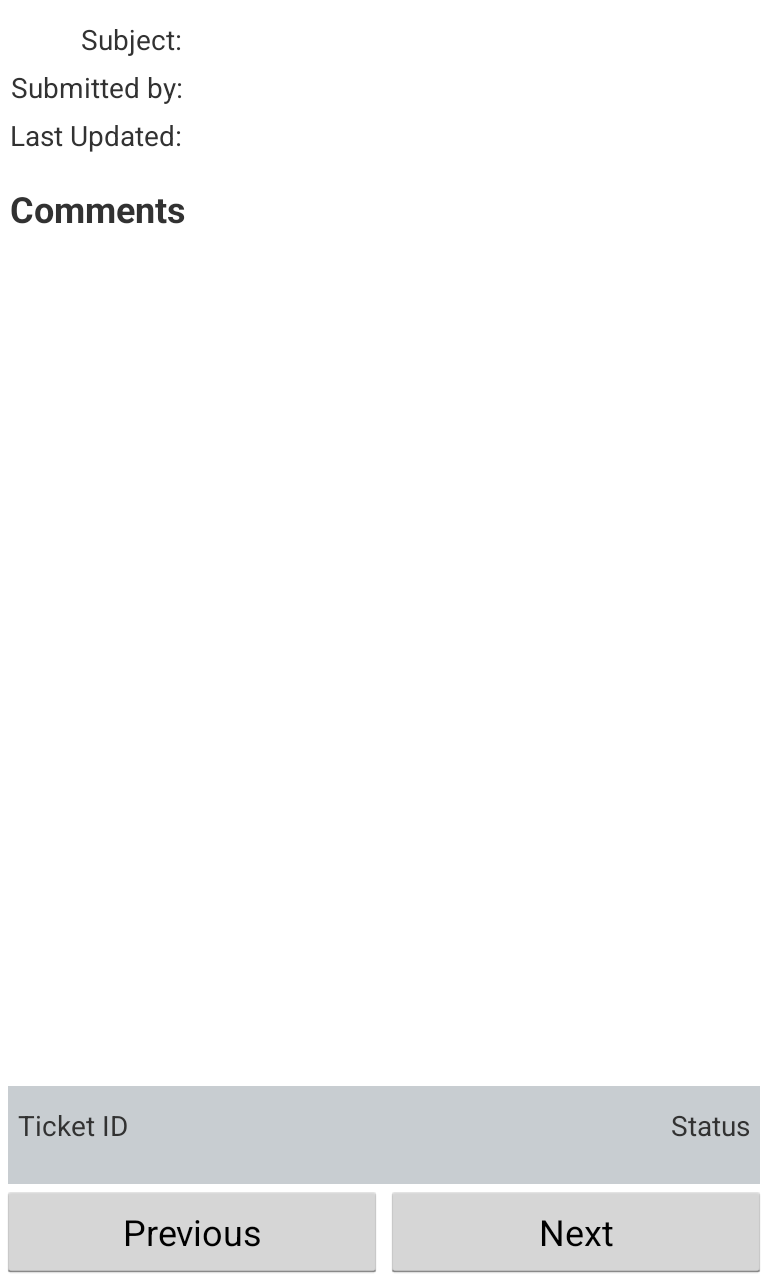
Repository: Pradeep-appstute/First
Layout: Control/res/layout/ticketdetails_view.xml
These files come from the project's save history. The layout is drawn as it stood at one moment and after the next save; the edit follows.
It is drawn on a 768 x 1280 px phone screen (xhdpi) without system bars, with theme AppTheme; the app's code is not run. Lists and similar views that code fills are empty.

Above is the layout before, as saved 2014-03-13 13:27:04.

After the next save:
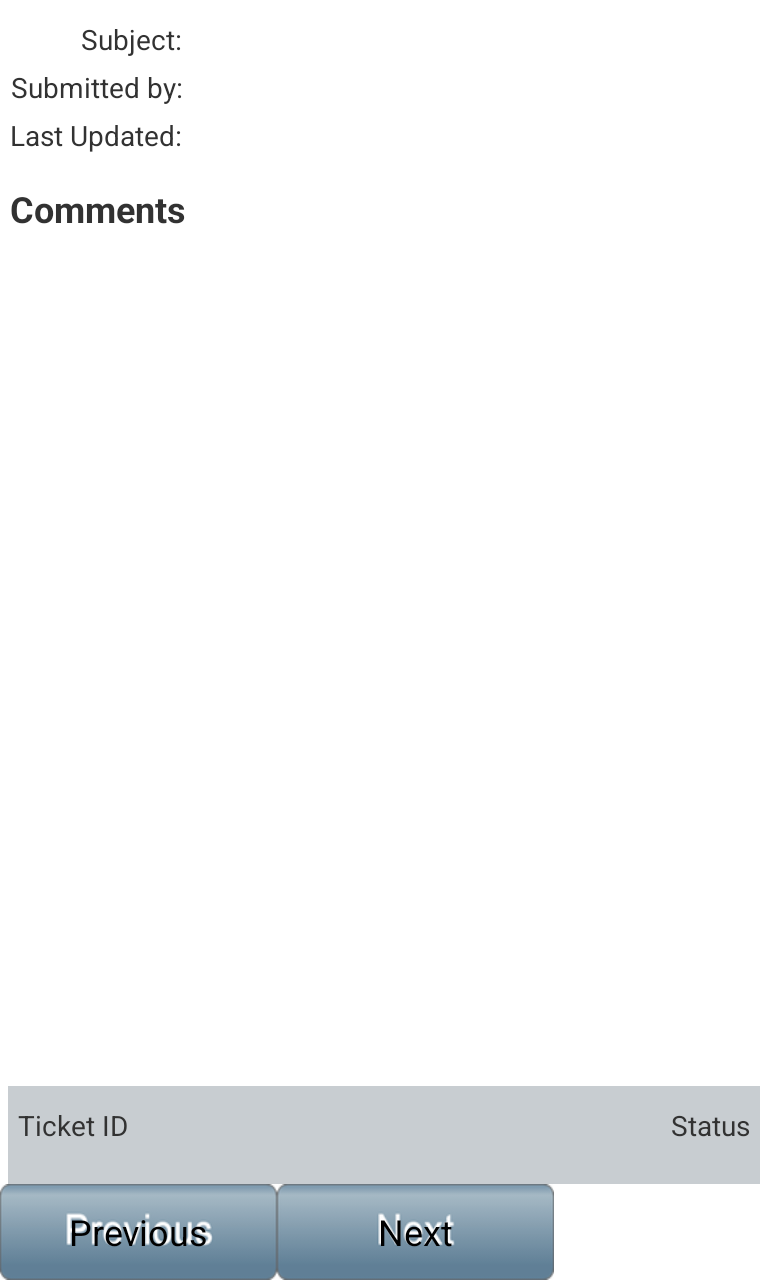
Saved 16 h 48 min later.
--- a/Control/res/layout/ticketdetails_view.xml
+++ b/Control/res/layout/ticketdetails_view.xml
@@ -152,16 +152,16 @@
 
         <Button
             android:id="@+id/ticketdetails_prev"
-            android:layout_width="fill_parent"
+            android:layout_width="wrap_content"
             android:layout_height="wrap_content"
-            android:layout_weight="1"
+      android:background="@drawable/button_prevbtn"
             android:text="@string/ticketdetails_prev" />
 
         <Button
             android:id="@+id/ticketdetails_next"
-            android:layout_width="fill_parent"
+            android:layout_width="wrap_content"
             android:layout_height="wrap_content"
-            android:layout_weight="1"
+            android:background="@drawable/button_nextbtn"
             android:text="@string/ticketdetails_next" />
     </LinearLayout>
 
